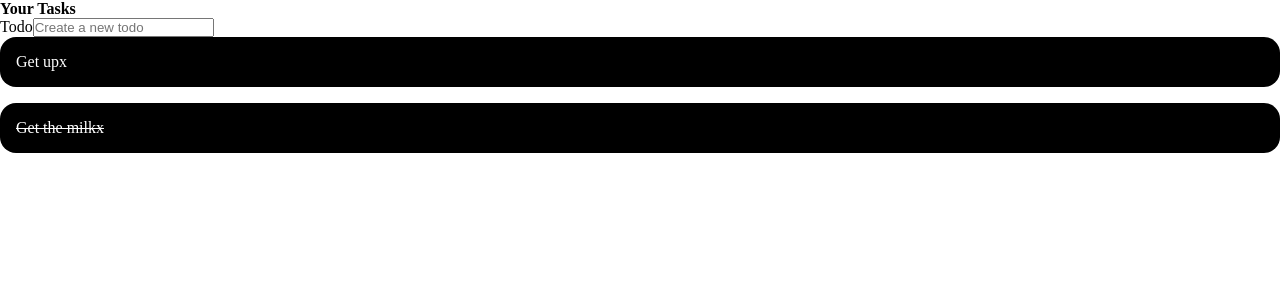
Repository: Heeeeeppo/todo-list
Page: / (app in frontend/)
The author's editor kept a copy of each file at every save. The page is drawn from the files as they stood at one save, then again after a run of saves.
The browser window is 1280 px wide. The pictures show the whole page.
The project was rebuilt for these pictures with package versions that can differ from the ones it lists, and the page was loaded fresh each time.

Above is the page before, as saved 2023-11-07 19:24:50.

### frontend/src/index.css
* {
  margin: 0;
  padding: 0;
}

.todo {
  background-color: black;
  color: white;
  position: relative;
  padding: 16px;
  border-radius: 16px;
  display: flex;
  align-items: center;
  margin-bottom: 16px;
}

.completed {
  text-decoration: line-through;
}

### frontend/src/App.js
import { useState } from "react";

function App() {

    const [todos, setTodos] = useState([]);
    const [newTodo, setNewTodo] = useState("");

    function handleChange() {

    }

    return (
        <div className="App">
            <h4>Your Tasks</h4>
            <div>
                <label for="text">Todo</label>
                <input
                    type="text"
                    name="text"
                    onChange={handleChange}
                    value={newTodo}
                    placeholder="Create a new todo"
                />
            </div>

            <div className="todos">
                <div className="todo">
                    <div className="checkbox"></div>
                    <div className="text">Get up</div>
                    <div className="delete-todo">x</div>
                </div>

                <div className="todo completed">
                    <div className="checkbox"></div>
                    <div className="text">Get the milk</div>
                    <div className="delete-todo">x</div>
                </div>
            </div>
        </div>
    );
}

export default App;

Loaded but not shown: frontend/public/index.html (common file); frontend/src/index.js (common file)

After the next 2 saves:
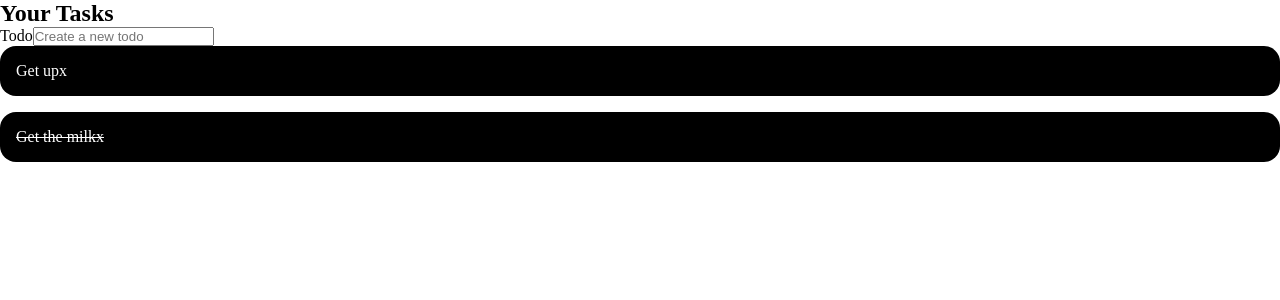
The 2 saves are shown as one change because they came seconds apart.
The last was saved 4 min 19 s later.
--- a/frontend/src/App.js
+++ b/frontend/src/App.js
@@ -11,7 +11,7 @@ function App() {
 
     return (
         <div className="App">
-            <h4>Your Tasks</h4>
+            <h2>Your Tasks</h2>
             <div>
                 <label for="text">Todo</label>
                 <input
